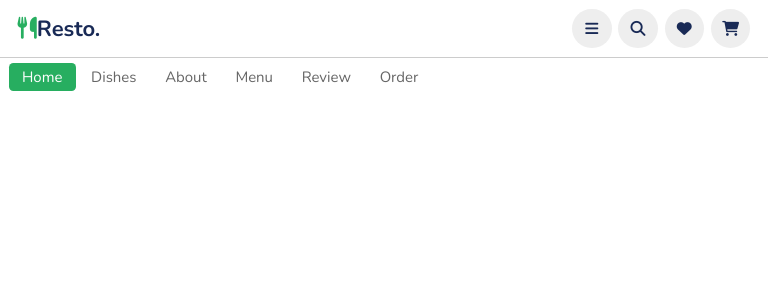
Repository: CarsonDev1/FoodWeb
Page: index.html
An editor plug-in stored every save of this project. The page is shown before and after the next save, followed by the edit.
The browser window is 768 px wide. The pictures show the whole page.
Some web libraries are served in a nearby version.

Above is the page before, as saved 2022-05-18 18:08:41.

### index.html
<!DOCTYPE html>
<html lang="en">
  <head>
    <meta charset="UTF-8" />
    <meta http-equiv="X-UA-Compatible" content="IE=edge" />
    <meta name="viewport" content="width=device-width, initial-scale=1.0" />
    <title>Document</title>
    <!-- CSS link -->
    <link rel="stylesheet" href="./css/style.css" />
    <!-- Google font -->
    <link rel="preconnect" href="https://fonts.googleapis.com" />
    <link rel="preconnect" href="https://fonts.gstatic.com" crossorigin />
    <link
      href="https://fonts.googleapis.com/css2?family=DM+Sans:wght@700&family=Manrope:wght@400;700;800&family=Nunito:wght@200;300;400;600;700&display=swap"
      rel="stylesheet"
    />
    <!-- font awesome cdn link -->
    <link
      rel="stylesheet"
      href="https://cdnjs.cloudflare.com/ajax/libs/font-awesome/6.1.1/css/all.min.css"
    />
  </head>
  <body>
    <!-- Header section start -->
    <header>
      <a href="#" class="logo"><i class="fas fa-utensils"></i>resto.</a>
      <nav class="navbar">
        <a class="active" href="#home">home</a>
        <a href="#dishes">dishes</a>
        <a href="#about">about</a>
        <a href="#menu">menu</a>
        <a href="#review">review</a>
        <a href="#order">order</a>
      </nav>
      <div class="icons">
        <i class="fas fa-bars" id="menu-bars"></i>
        <i class="fas fa-search" id="search-icon"></i>
        <a href="#" class="fas fa-heart"></a>
        <a href="#" class="fas fa-shopping-cart"></a>
      </div>
    </header>
    <!-- Header section end -->
    <!-- JS file link -->
    <script src="./js/app.js"></script>
  </body>
</html>

### css/style.css
:root {
  --green: #27ae60;
  --black: #192a56;
  --light-color: #666;
  --box-shadow: 0 0.5rem 1.5rem rgba(0, 0, 0, 0.1);
}
* {
  font-family: "Nunito", sans-serif;
  margin: 0;
  padding: 0;
  box-sizing: border-box;
  text-decoration: none;
  outline: none;
  border: none;
  text-transform: capitalize;
  transition: all 0.2s linear;
}
html {
  font-size: 62.5%;
  overflow-x: hidden;
  scroll-padding-top: 5.5rem;
  scroll-behavior: smooth;
}
header {
  position: fixed;
  top: 0;
  left: 0;
  right: 0;
  background: #fff;
  padding: 1rem 7%;
  display: flex;
  align-items: center;
  justify-content: space-between;
  z-index: 1000;
  box-shadow: var(--box-shadow);
}
header .logo {
  color: var(--black);
  font-size: 2.5rem;
  font-weight: bolder;
}
header .logo i {
  color: var(--green);
}
header .navbar a {
  font-size: 1.7rem;
  border-radius: 0.5rem;
  padding: 0.5rem 1.5rem;
  color: var(--light-color);
}
header .navbar a.active,
header .navbar a:hover {
  background: var(--green);
  color: #fff;
}
header .icons i,
header .icons a {
  cursor: pointer;
  margin-left: 0.5rem;
  height: 4.5rem;
  line-height: 4.5rem;
  width: 4.5rem;
  text-align: center;
  font-size: 1.7rem;
  color: var(--black);
  border-radius: 50%;
  background: #eee;
}
header .icons i:hover,
header .icons a:hover {
  color: #fff;
  background: var(--green);
  transform: rotate(360deg);
}
header .icons #menu-bars {
  display: none;
}

/* media queries */
@media (max-width: 991px) {
  html {
    font-size: 55%;
  }
  header {
    padding: 1rem 2rem;
  }
}
@media (max-width: 768px) {
  header .icons #menu-bars {
    display: inline-block;
  }
  header .navbar {
    position: absolute;
    top: 100%;
    left: 0;
    right: 0;
    background: #fff;
    border-top: 0.1rem solid rgba(0, 0, 0, 0.2);
    padding: 1rem;
  }
}

Loaded but not shown: js/app.js (no copy from this time; the picture is the same without it)

After the next save:
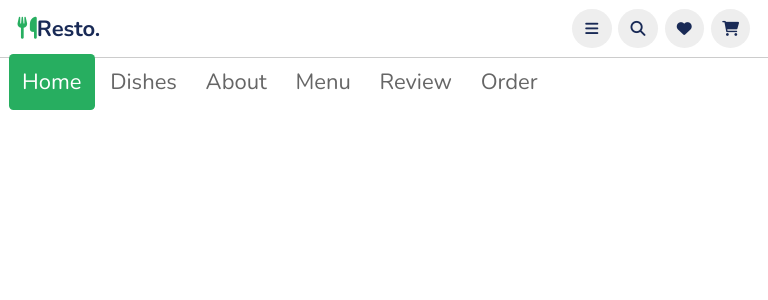
Saved 87 s later.
--- a/css/style.css
+++ b/css/style.css
@@ -98,4 +98,8 @@ header .icons #menu-bars {
     border-top: 0.1rem solid rgba(0, 0, 0, 0.2);
     padding: 1rem;
   }
+  header .navbar a {
+    font-size: 2.5rem;
+    padding: 1.5rem;
+  }
 }
